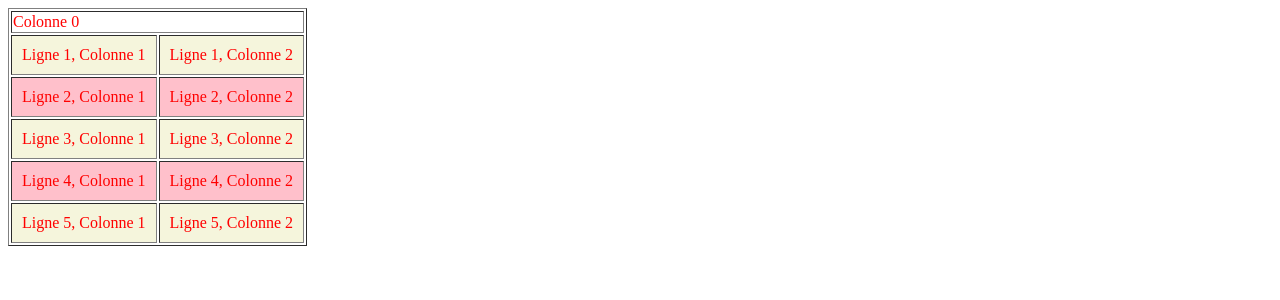
Repository: Chaimaa482/web-tp4
Page: ex1.html
These files come from the project's save history. The page is drawn as it stood at one moment and after the next save; the edit follows.
The browser window is 1280 px wide. The pictures show the whole page.

Above is the page before, as saved 2023-10-22 15:55:30.

### ex1.html
<!DOCTYPE html>
<html>
<head>
</head>
<style>
    .col1 {
        color: red;
    }
    .col2 {
        color: red;
    }
</style>
<body>
    <table id="myTable" border="1">
        <tr>
            <td colSpan="2" >Colonne 0</td>
        </tr>
        <tr>
            <td>Ligne 1, Colonne 1</td>
            <td>Ligne 1, Colonne 2</td>
        </tr>
        <tr>
            <td>Ligne 2, Colonne 1</td>
            <td>Ligne 2, Colonne 2</td>
        </tr>
        <tr>
            <td>Ligne 3, Colonne 1</td>
            <td>Ligne 3, Colonne 2</td>
        </tr>
        <tr>
            <td>Ligne 4, Colonne 1</td>
            <td>Ligne 4, Colonne 2</td>
        </tr>
        <tr>
            <td>Ligne 5, Colonne 1</td>
            <td>Ligne 5, Colonne 2</td>
        </tr>
    </table>

    <script>
        var table = document.getElementById("myTable");
        var cells = table.getElementsByTagName("td");

        // Donner une couleur de fond rose aux lignes paires et beige aux lignes impaires
        var rows = table.querySelectorAll("tr");
        for (var i = 1; i < rows.length; i++) {
            if (i % 2 === 0) {
                rows[i].style.backgroundColor = "pink";
            } else {
                rows[i].style.backgroundColor = "beige";
            }
        }

        // Donner une classe col1 aux colonnes paires et col2 aux colonnes impaires
        var cellsCol1 = table.getElementsByClassName("col1");
        var cellsCol2 = table.getElementsByClassName("col2");
        for (var i = 0; i < cells.length; i++) {
            if (i % 2 === 0) {
                cells[i].className = "col1"
            } else {
                cells[i].className = "col2";
            }
        }

        // Augmenter le padding de toutes les cellules sauf celles de la première ligne
        for (var i = 1; i < cells.length; i++) {
            cells[i].style.padding = "10px";
        }
    </script>
</body>
</html>

After the next save:
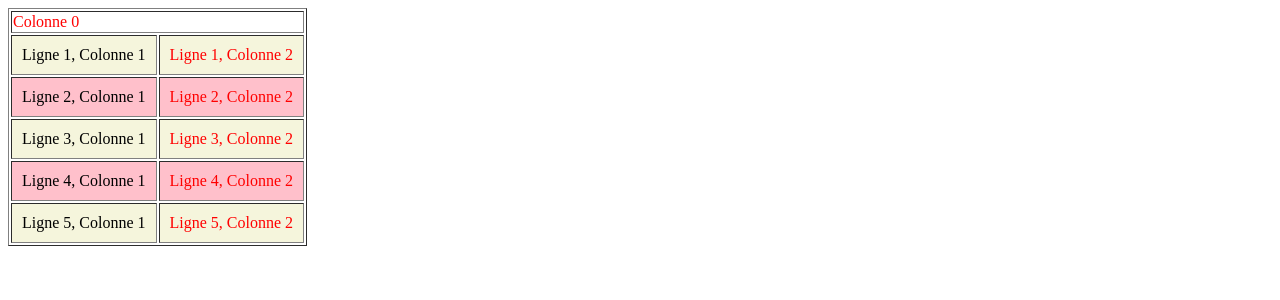
Saved 5 s later.
--- a/ex1.html
+++ b/ex1.html
@@ -4,9 +4,6 @@
 </head>
 <style>
     .col1 {
-        color: red;
-    }
-    .col2 {
         color: red;
     }
 </style>
